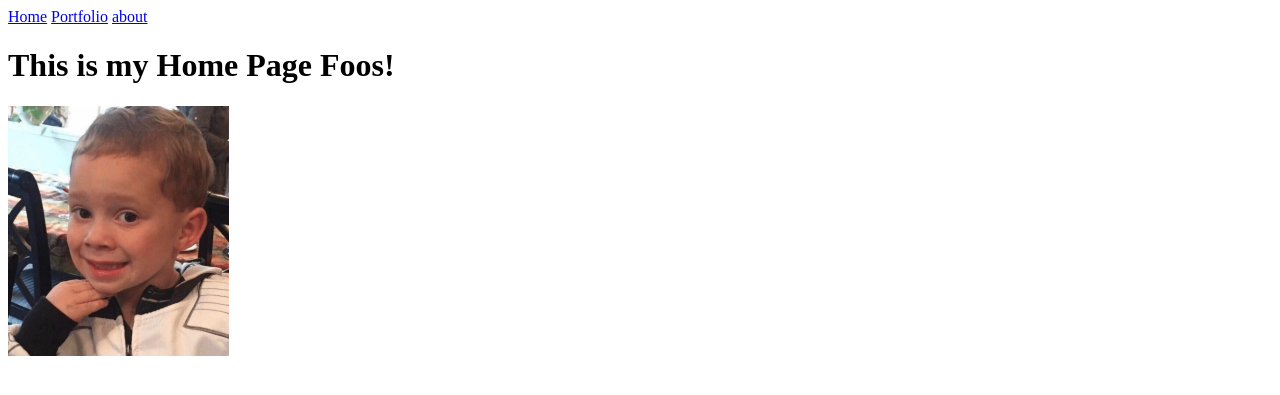
Repository: halelazuli/halelazuli.github.io
Page: my_website/index.html
The author's editor kept a record of every edit. The page is drawn from the files as they stood at one moment, then again after the next edit.
The browser window is 1280 px wide. The pictures show the whole page.

Above is the page before.

### my_website/index.html
<!doctype html>
<html lang="en">
  <head>
    <meta charset="utf-8">
    <title>Home</title>
  </head>
  <body>
    <a href="index.html">Home</a>
    <a href="portfolio.html">Portfolio</a>
     <a href="about.html">about</a>
    <h1>This is my Home Page Foos!</h1>
    <img src="images/kevin.jpg" height="250">
  </body>
</html>

After the next edit:
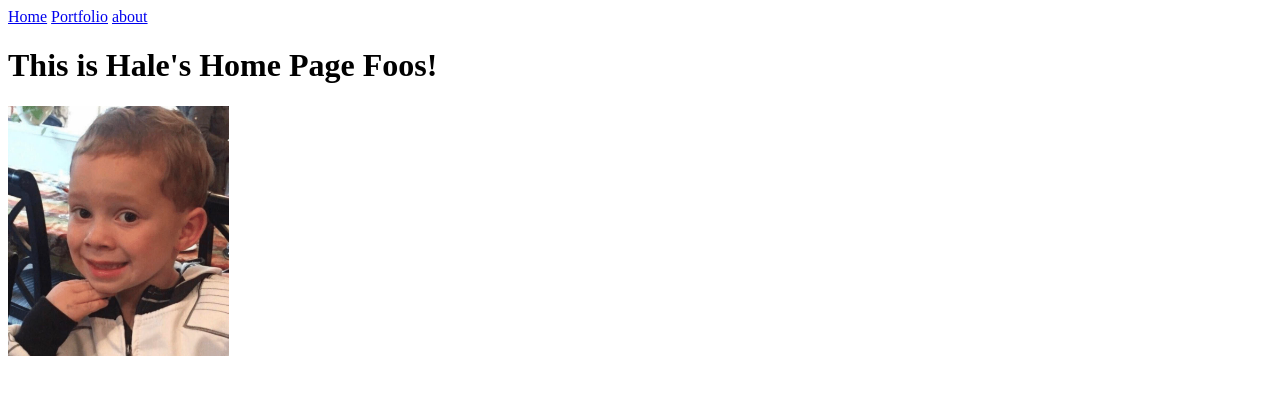
The edit:
--- a/my_website/index.html
+++ b/my_website/index.html
@@ -8,7 +8,7 @@
     <a href="index.html">Home</a>
     <a href="portfolio.html">Portfolio</a>
      <a href="about.html">about</a>
-    <h1>This is my Home Page Foos!</h1>
+    <h1>This is Hale's Home Page Foos!</h1>
     <img src="images/kevin.jpg" height="250">
   </body>
 </html>
